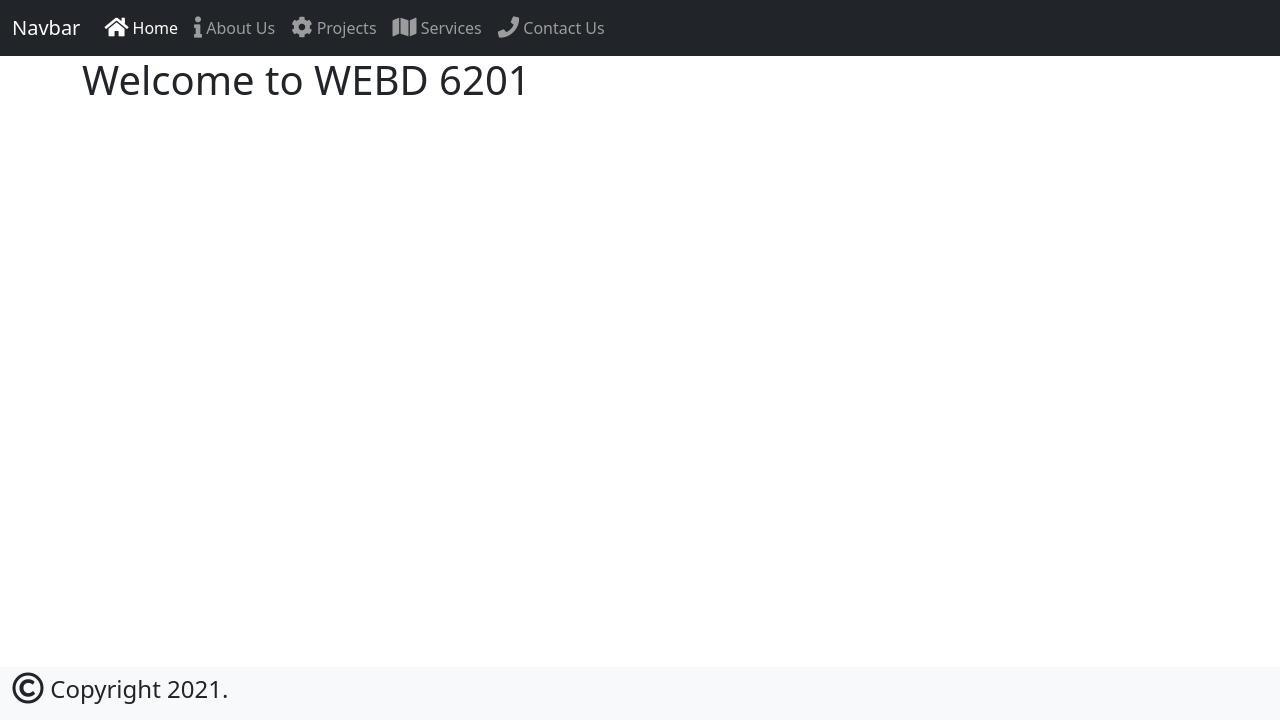
Repository: aphim/Webd6201-wk3
Page: index.html
An editor plug-in stored every save of this project. The page is shown before and after the next save, followed by the edit.
The browser window is 1280 px wide. The pictures show the whole page.

Above is the page before, as saved 2021-01-20 09:36:44.

### index.html
<!DOCTYPE html>
<html lang="en">
<head>
    <meta charset="UTF-8">
    <meta name="viewport" content="width=device-width, initial-scale=1.0">
    <title>WEBD6201 - W2021 - ICE 1</title>
    <!-- CSS Section -->
    <link rel="stylesheet" href="./node_modules/bootstrap/dist/css/bootstrap.min.css">
    <link rel="stylesheet" href="./node_modules/@fortawesome/fontawesome-free/css/all.min.css">
    <link rel="stylesheet" href="./Content/app.css">
</head>
<body>
    <header>
        <nav class="navbar navbar-expand-lg navbar-dark bg-dark">
            <div class="container-fluid">
              <a class="navbar-brand" href="#">Navbar</a>
              <button class="navbar-toggler" type="button" data-bs-toggle="collapse" data-bs-target="#navbarSupportedContent" aria-controls="navbarSupportedContent" aria-expanded="false" aria-label="Toggle navigation">
                <span class="navbar-toggler-icon"></span>
              </button>
              <div class="collapse navbar-collapse" id="navbarSupportedContent">
                <ul class="navbar-nav me-auto mb-2 mb-lg-0">
                  <li class="nav-item">
                    <a class="nav-link active" aria-current="page" href="#"><i class="fas fa-home fa-lg"></i> Home</a>
                  </li>

                  <li class="nav-item">
                    <a class="nav-link" aria-current="page" href="#"><i class="fas fa-info fa-lg"></i> About Us</a>
                  </li>

                  <li class="nav-item">
                    <a class="nav-link" aria-current="page" href="#"><i class="fas fa-cog fa-lg"></i> Projects</a>
                  </li>

                  <li class="nav-item">
                    <a class="nav-link" aria-current="page" href="#"><i class="fas fa-map fa-lg"></i> Services</a>
                  </li>

                  <li class="nav-item">
                    <a class="nav-link" aria-current="page" href="#"><i class="fas fa-phone fa-lg"></i> Contact Us</a>
                  </li>
                </ul>
              </div>
            </div>
          </nav>
    </header>


    <main class="container">
        <h1>Welcome to WEBD 6201</h1>
        <p id="paragraphOne"></p>
    </main>

    <footer>
        <nav class="navbar fixed-bottom navbar-light bg-light">
            <div class="container-fluid">
              <h4><i class="far fa-copyright fa-lg"></i> Copyright 2021.</h4>
            </div>
          </nav>
    </footer>

    <!-- Script Section-->
    <script src="./node_modules/jquery/dist/jquery.min.js"></script>
    <script src="./node_modules/bootstrap/dist/js/bootstrap.bundle.min.js"></script>
    <script src="./Scripts/app.js"></script>
</body>
</html>

### Scripts/app.js
/* custom JavaScript goes here */

//IIFE - Immediately Invoked Function Expression
//AKA - Anonymous Self-Executing Function
//Closure - limits scope leak

"use strict";

(function()
{

    function Start()
    {
        console.log("App Started...");

        let paragraphOneText = "This is a simple site to demonstrate DOM Manipulation for ICE 1";

        //Different ways to select a paragraph element "paragraph one"
        let paragraphOneElement = document.getElementById("paragraphOne");

        let paragraphOneParagraph = document.getElementsByTagName("p")[0];

        let paragraphOneQuery = document.querySelector("p");

        console.log(paragraphOneElement);
        console.log(paragraphOneParagraph);
        console.log(paragraphOneQuery);
    }



    window.addEventListener("load", Start);

})();

Loaded but not shown: node_modules/bootstrap/dist/css/bootstrap.min.css (library); node_modules/@fortawesome/fontawesome-free/css/all.min.css (library); Content/app.css (common file); node_modules/jquery/dist/jquery.min.js (library); node_modules/bootstrap/dist/js/bootstrap.bundle.min.js (library)

After the next save:
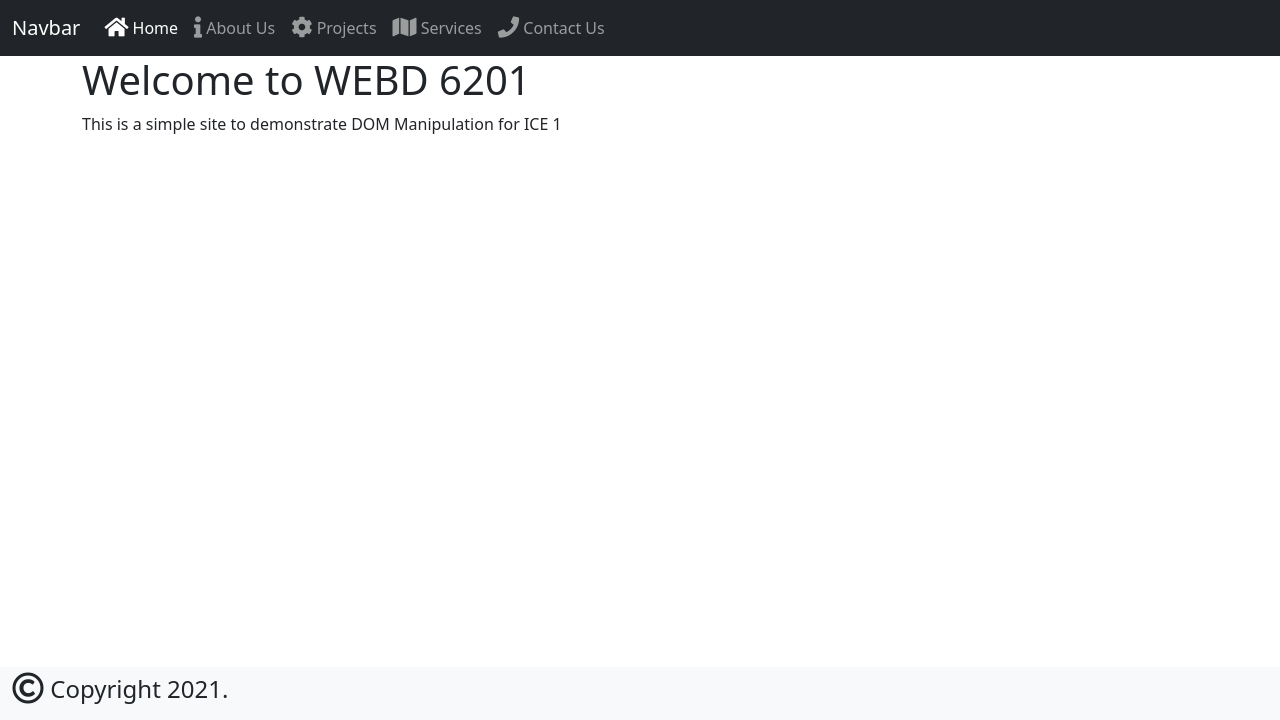
Saved 3 min 8 s later.
--- a/Scripts/app.js
+++ b/Scripts/app.js
@@ -18,13 +18,13 @@
         //Different ways to select a paragraph element "paragraph one"
         let paragraphOneElement = document.getElementById("paragraphOne");
 
-        let paragraphOneParagraph = document.getElementsByTagName("p")[0];
+        //let paragraphOneParagraph = document.getElementsByTagName("p")[0];
+        //let paragraphOneQuery = document.querySelector("p");
+        //console.log(paragraphOneElement);
+        //console.log(paragraphOneParagraph);
+        //console.log(paragraphOneQuery);
 
-        let paragraphOneQuery = document.querySelector("p");
-
-        console.log(paragraphOneElement);
-        console.log(paragraphOneParagraph);
-        console.log(paragraphOneQuery);
+        paragraphOneElement.textContent = paragraphOneText;
     }
 
 

After the save that followed:
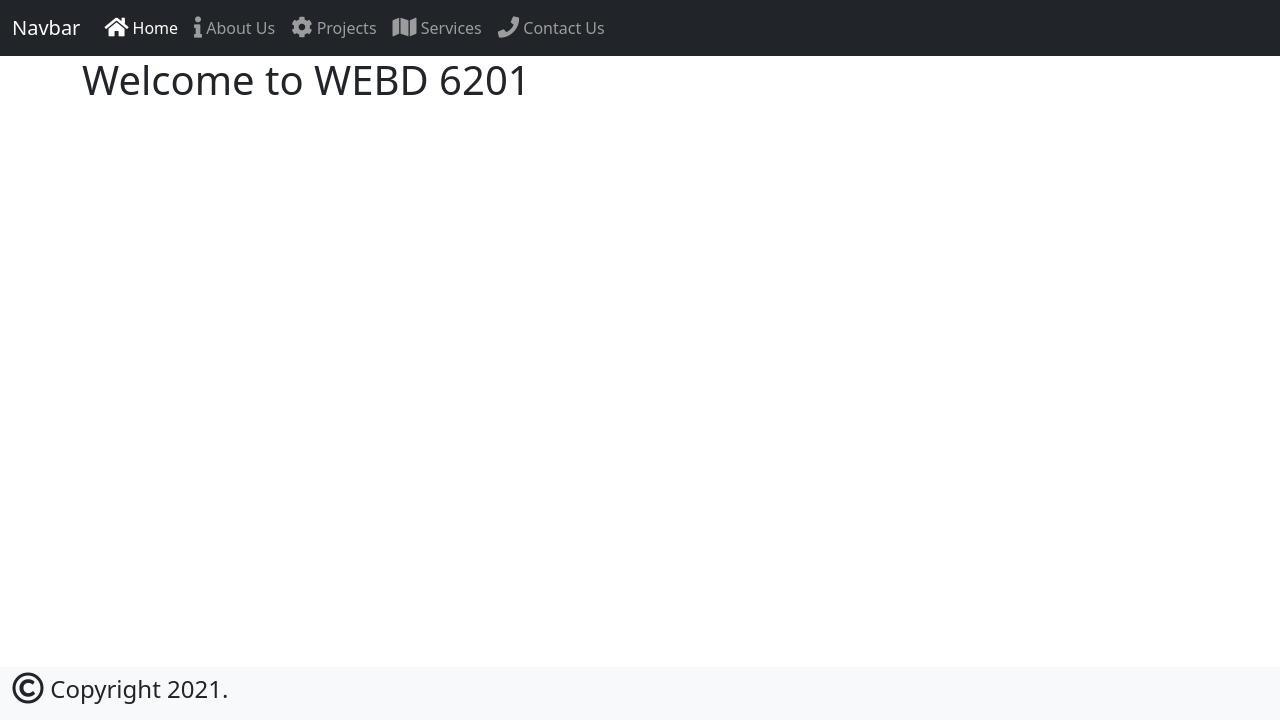
Console error: ReferenceError: paragraphOneParagraph is not defined
Saved 51 s later.
--- a/Scripts/app.js
+++ b/Scripts/app.js
@@ -21,7 +21,7 @@
         //let paragraphOneParagraph = document.getElementsByTagName("p")[0];
         //let paragraphOneQuery = document.querySelector("p");
         //console.log(paragraphOneElement);
-        //console.log(paragraphOneParagraph);
+        console.log(paragraphOneParagraph);
         //console.log(paragraphOneQuery);
 
         paragraphOneElement.textContent = paragraphOneText;
